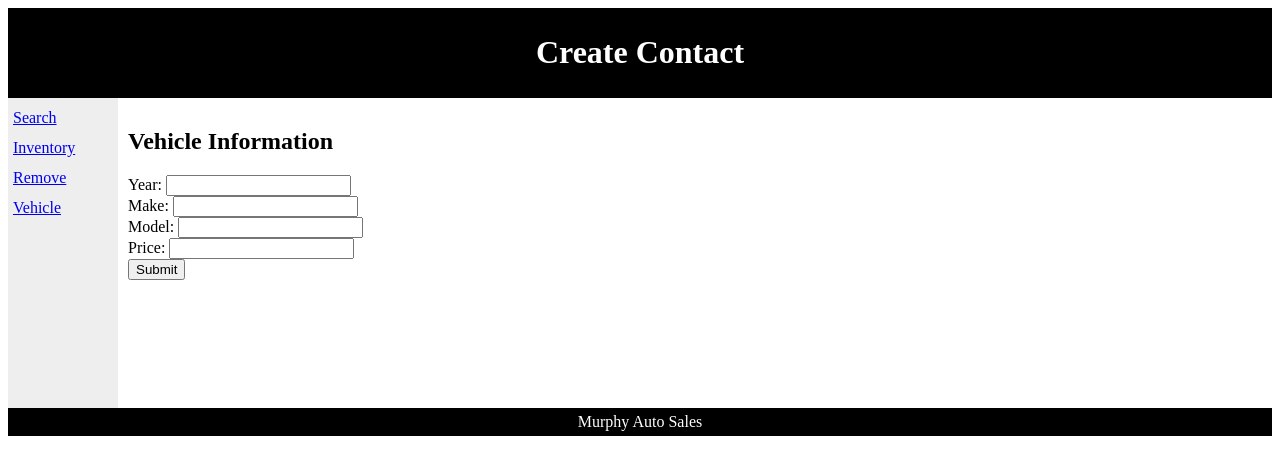
Repository: briantran140/intro-to-software-engineering-tech-exercise
Page: techExercise-tran/src/main/webapp/insert_tran.html
The author's editor kept a copy of each file at every save. The page is drawn from the files as they stood at one save, then again after the next save.
The browser window is 1280 px wide. The pictures show the whole page.

Above is the page before, as saved 2023-10-13 03:47:49.

After the next save:
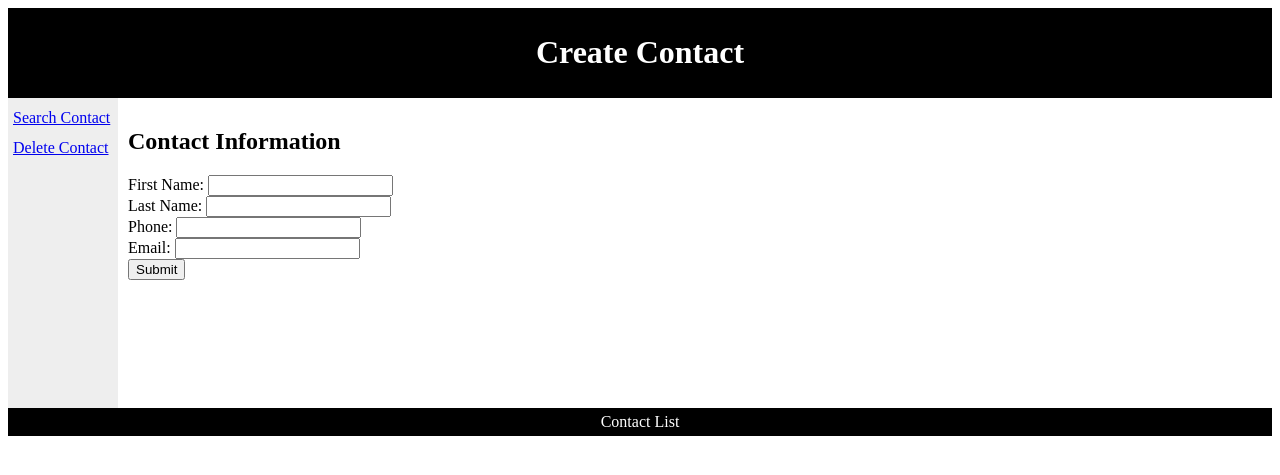
Saved 115 s later.
--- a/techExercise-tran/src/main/webapp/insert_tran.html
+++ b/techExercise-tran/src/main/webapp/insert_tran.html
@@ -36,19 +36,19 @@ footer {
 </header>
 
 <nav>
-<a href="/techExercise-Murphy/search_murphy.html">Search Inventory</a> <br>
-<a href="/techExercise-Murphy/delete_murphy.html">Remove Vehicle</a> <br>
+<a href="/techExercise-tran/search_tran.html">Search Contact</a> <br>
+<a href="/techExercise-tran/delete_tran.html">Delete Contact</a> <br>
 </nav>
 
 <section>
-	<h1>Vehicle Information</h1>
+	<h1>Contact Information</h1>
 
-	<form action="InsertMurphy" method="POST">
+	<form action="InsertTran" method="POST">
 
-		Year: <input type="text" name="year"> <br />
-		Make: <input type="text" name="make"> <br />
-		Model: <input type="text" name="model"> <br />
-		Price: <input type="text" name="price"> <br />
+		First Name: <input type="text" name="firstName"> <br />
+		Last Name: <input type="text" name="lastName"> <br />
+		Phone: <input type="text" name="phone"> <br />
+		Email: <input type="text" name="email"> <br />
 
 		<input type="submit" value="Submit" />
 	</form>
@@ -56,7 +56,7 @@ footer {
 </section>
 
 <footer>
-	Murphy Auto Sales
+	Contact List
 </footer>
 </body>
 </html>
